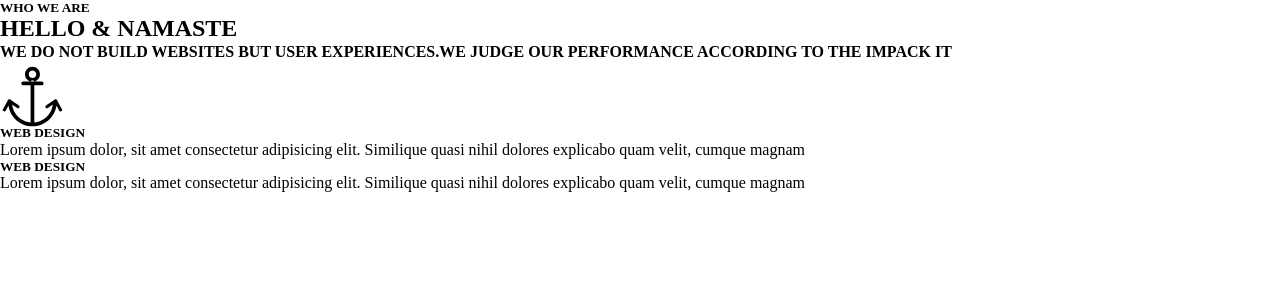
Repository: shpakovskaya/github.io
Page: boxsizing/namastegreen/index.html
An editor plug-in stored every save of this project. The page is shown before and after the next save, followed by the edit.
The browser window is 1280 px wide. The pictures show the whole page.

Above is the page before, as saved 2021-11-17 22:29:38.

### boxsizing/namastegreen/index.html
<!DOCTYPE html>
<html lang="en">
  <head>
    <meta charset="UTF-8" />
    <meta http-equiv="X-UA-Compatible" content="IE=edge" />
    <meta name="viewport" content="width=device-width, initial-scale=1.0" />
    <title>namaste_green</title>
    <link
      rel="stylesheet"
      href="https://cdnjs.cloudflare.com/ajax/libs/normalize/8.0.1/normalize.min.css"
      integrity="sha512-NhSC1YmyruXifcj/KFRWoC561YpHpc5Jtzgvbuzx5VozKpWvQ+4nXhPdFgmx8xqexRcpAglTj9sIBWINXa8x5w=="
      crossorigin="anonymous"
      referrerpolicy="no-referrer"
    />
    <link
      rel="shortcut icon"
      href="./free-icon-sahasrara-5937794.ico"
      type="image/x-icon"
    />
    <link rel="stylesheet" href="./montserrat/Montserrat-Regular.ttf" />
    <link rel="stylesheet" href="./style.css" />
  </head>
  <body>
    <div class="conteiner">
      <!-- Header -->
      <header class="header">
        <header class="header__wrapper">
          <h5 class="e-header__one">WHO WE ARE</h5>
          <h2 class="e-header__two">HELLO & NAMASTE</h2>
          <h4 class="e-header__three">
            WE DO NOT BUILD WEBSITES BUT USER EXPERIENCES.WE JUDGE OUR
            PERFORMANCE ACCORDING TO THE IMPACK IT
          </h4>
        </header>
      </header>
      <!-- Main content -->
      <div class="wrapper">
        <div class="c-wrapper__anchor">
          <div class="e-wrapper__anchor">
            <svg
              version="1.2"
              baseprofile="tiny-ps"
              xmlns="http://www.w3.org/2000/svg"
              viewbox="0 0 69 74"
              width="64"
              height="69"
            >
              <path
                id="Anchor"
                class="shp0"
                d="M35 70.19C21.76 70.19 10.62 60.29 9.08 47.16C8.95 46.06 9.73 45.07 10.83 44.94C11.92 44.8 12.92 45.59 13.05 46.69C14.35 57.81 23.79 66.19 35 66.19C46.19 66.19 55.63 57.82 56.95 46.73C57.08 45.63 58.07 44.84 59.17 44.98C60.27 45.11 61.06 46.1 60.92 47.2C59.36 60.31 48.22 70.19 35 70.19ZM35 69.68C33.89 69.68 33 68.79 33 67.68L33 22.56C33 21.45 33.89 20.56 35 20.56C36.1 20.56 37 21.45 37 22.56L37 67.68C37 68.79 36.1 69.68 35 69.68ZM35.03 9.94C37.27 9.94 39.09 11.76 39.09 14C39.09 16.24 37.27 18.06 35.03 18.06C32.79 18.06 30.97 16.24 30.97 14C30.97 11.76 32.79 9.94 35.03 9.94M35.03 5.94C30.58 5.94 26.97 9.55 26.97 14C26.97 18.45 30.58 22.06 35.03 22.06C39.48 22.06 43.09 18.45 43.09 14C43.09 9.55 39.48 5.94 35.03 5.94L35.03 5.94ZM59.4 45.16L51.49 50.54C50.81 50.97 49.89 50.95 49.48 50.25L49.07 49.8C48.67 49.1 48.89 48.18 49.57 47.74L58.67 41.6C58.68 41.59 58.69 41.58 58.7 41.57L59.32 41.17C59.66 40.95 60.05 40.9 60.4 40.99C60.76 41.07 61.09 41.3 61.29 41.65L61.66 42.28C61.67 42.3 61.66 42.31 61.67 42.32L66.81 51.78C67.22 52.48 67 53.39 66.32 53.83L65.75 54.05C65.07 54.48 64.23 54.09 63.82 53.39L59.4 45.16ZM6.18 53.39C5.77 54.09 4.93 54.48 4.25 54.05L3.68 53.83C3 53.39 2.78 52.48 3.19 51.78L8.33 42.32C8.34 42.31 8.33 42.3 8.34 42.28L8.71 41.65C8.91 41.3 9.24 41.07 9.6 40.99C9.95 40.9 10.34 40.95 10.68 41.17L11.3 41.57C11.31 41.58 11.32 41.59 11.33 41.6L20.43 47.74C21.11 48.18 21.33 49.1 20.93 49.8L20.52 50.25C20.11 50.95 19.19 50.97 18.51 50.54L10.6 45.16L6.18 53.39ZM25 22L45 22C46.1 22 47 22.89 47 24C47 25.1 46.1 26 45 26L25 26C23.9 26 23 25.1 23 24C23 22.89 23.9 22 25 22Z"
              />
            </svg>
          </div>
          <div class="title">
            <h5 class="title__anchor">WEB DESIGN</h5>
          </div>
          <div class="text__anchor">
            <span
              >Lorem ipsum dolor, sit amet consectetur adipisicing elit.
              Similique quasi nihil dolores explicabo quam velit, cumque magnam
            </span>
          </div>
        </div>
        <div class="c-wrapper__diamond">
          <div class="e-wrapper__diamond"></div>
          <div class="title">
            <h5 class="title__diamond">WEB DESIGN</h5>
          </div>
          <div class="text__diamond">
            <span
              >Lorem ipsum dolor, sit amet consectetur adipisicing elit.
              Similique quasi nihil dolores explicabo quam velit, cumque magnam
            </span>
          </div>
        </div>
      </div>
    </div>
  </body>
</html>

### boxsizing/namastegreen/style.css
* {
  margin: 0;
  padding: 0;
  box-sizing: border-box;
}

.conteiner {
  max-width: 1280px;
  max-height: 976px;
}

.e-wrapper__anchor {
  width: 64px;
  height: 64px;
}

#Anchor:hover {
  fill: blue;
}

After the next save:
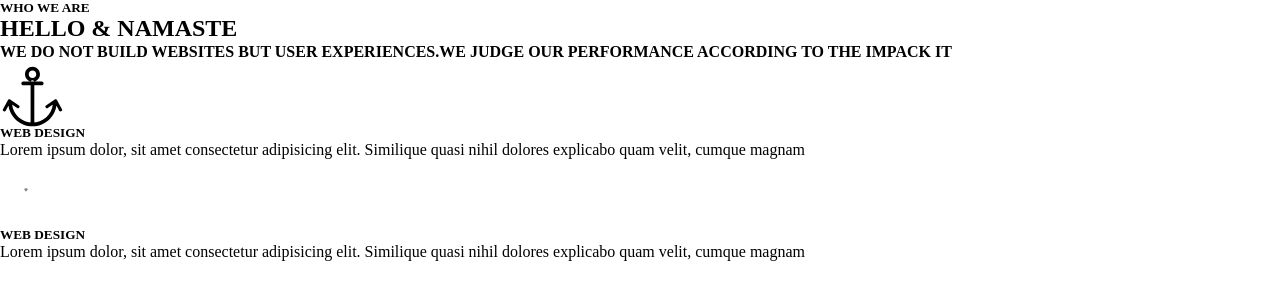
Saved 15 s later.
--- a/boxsizing/namastegreen/index.html
+++ b/boxsizing/namastegreen/index.html
@@ -63,7 +63,22 @@
           </div>
         </div>
         <div class="c-wrapper__diamond">
-          <div class="e-wrapper__diamond"></div>
+          <div class="e-wrapper__diamond">
+            <svg
+              version="1.2"
+              baseprofile="tiny-ps"
+              xmlns="http://www.w3.org/2000/svg"
+              viewbox="0 0 1280 976"
+              width="64"
+              height="64"
+            >
+              <path
+                id="Diamond"
+                class="shp0"
+                d="M537.75 440.98L546.06 456.88L517.94 495.17L490.27 456.59L498.57 440.98L537.75 440.98M538.17 436.98L498.17 436.98C497.07 436.98 495.74 437.77 495.23 438.75L486.51 455.14C485.99 456.11 486.09 457.63 486.73 458.53L516.74 500.35C517.06 500.8 517.49 501.03 517.91 501.03C518.34 501.03 518.76 500.81 519.09 500.36L549.58 458.85C550.23 457.96 550.35 456.44 549.84 455.47L541.09 438.75C540.58 437.78 539.27 436.98 538.17 436.98L538.17 436.98ZM546.42 458.98L488.42 458.98L488.42 454.98L546.42 454.98L546.42 458.98ZM516.02 496.61L497.27 440.11L501.06 438.85L519.81 495.35L516.02 496.61ZM519.96 496.18L516.18 494.86L536.28 437.32L540.06 438.64L519.96 496.18ZM507.14 458.12L503.86 455.83L516.39 437.83C516.76 437.31 517.35 436.99 517.98 436.97C518.59 436.98 519.22 437.24 519.61 437.75L533.08 455.08L529.92 457.54L518.12 442.35L507.14 458.12Z"
+              />
+            </svg>
+          </div>
           <div class="title">
             <h5 class="title__diamond">WEB DESIGN</h5>
           </div>
